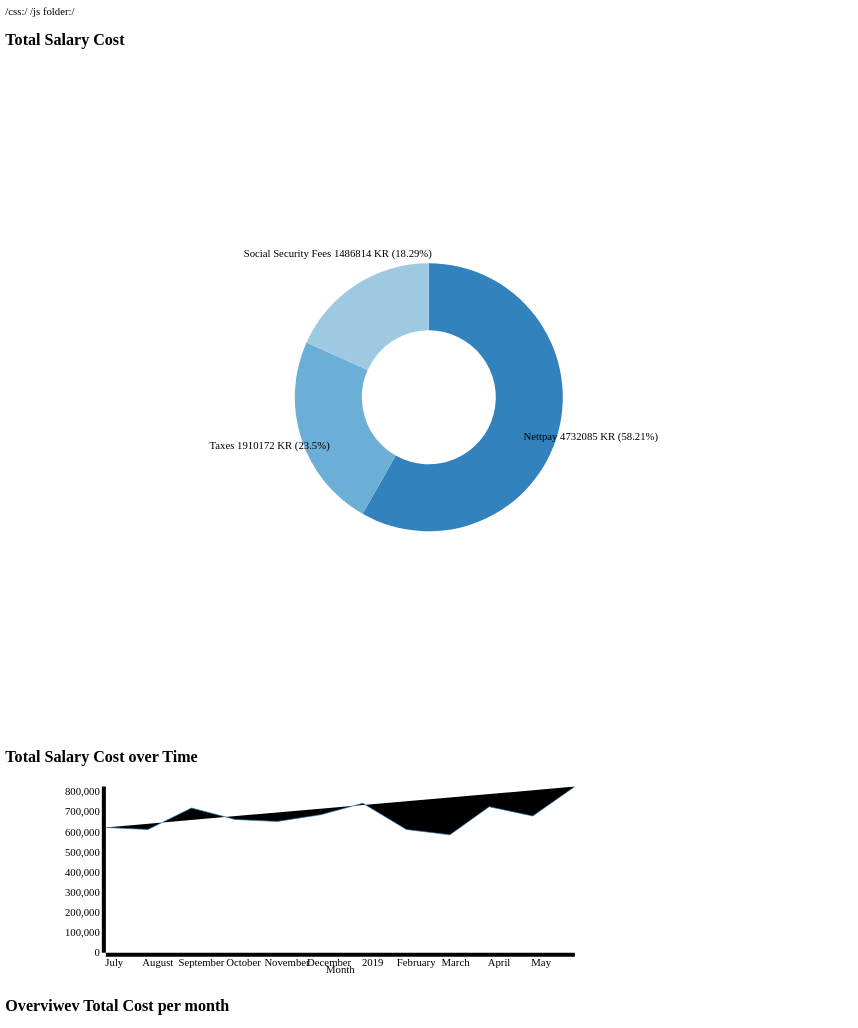
Repository: Code-Institute-Submissions/danfiliphoff-Milestoneproject-2
Page: index.html
The author's editor kept a record of every edit. The page is drawn from the files as they stood at one moment, then again after the next edit.
The browser window is 1280 px wide. The pictures show the whole page, at 67% of full size.

Above is the page before.

After the next edit:
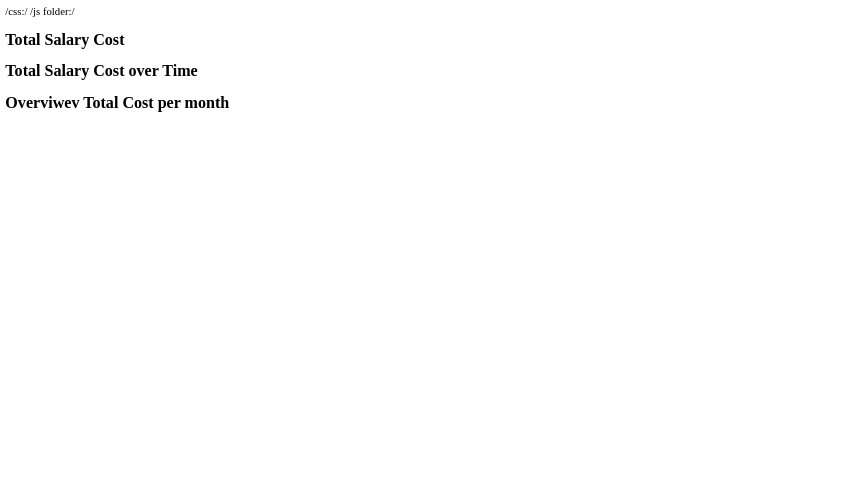
Console error: ReferenceError: stackedChart is not defined
The edit:
--- a/static/js/total.cost.js
+++ b/static/js/total.cost.js
@@ -19,6 +19,7 @@
    var ndx=crossfilter(totalCost);
    makePie(ndx);
    TotalLineGraph(ndx);
+   StackedBarChartTotalCost(ndx);
    dc.renderAll();
 }
 

After the 5 edits that followed:
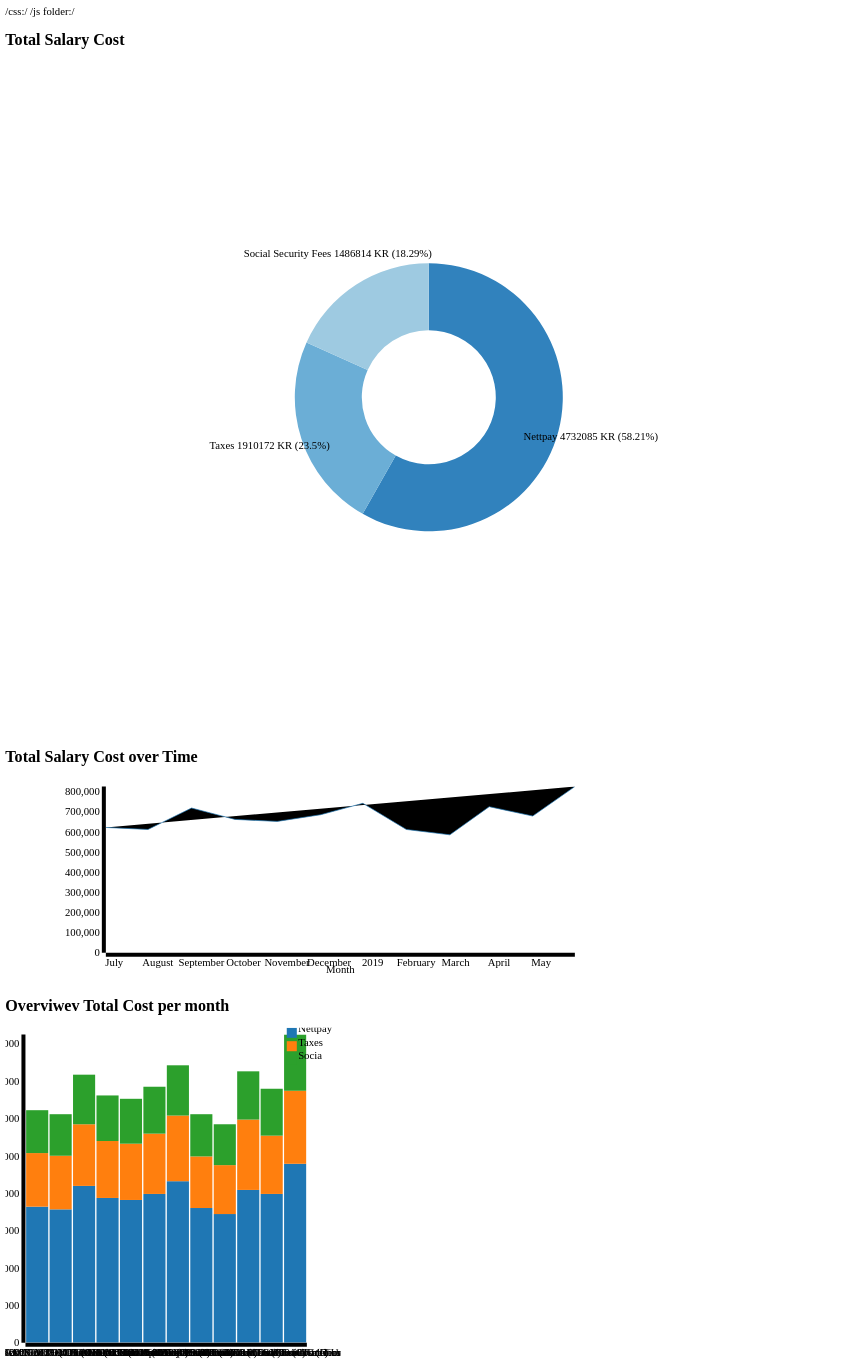
The error is gone.
The 5 edits are shown as one change because 4 left the picture as it was.
The edit:
--- a/static/js/total.cost.js
+++ b/static/js/total.cost.js
@@ -52,8 +52,9 @@
             }
         });
 
-    var StackedBarChart = dc.barChart("#total-cost-stacked-bar-chart");
-        stackedChart
+  /*  var StackedBarChart = dc.barChart("#total-cost-stacked-bar-chart");*/
+
+    dc.barChart('#total-cost-stacked-bar-chart')
             .width(500)
             .height(500)
             .dimension(payment_date_dim)
